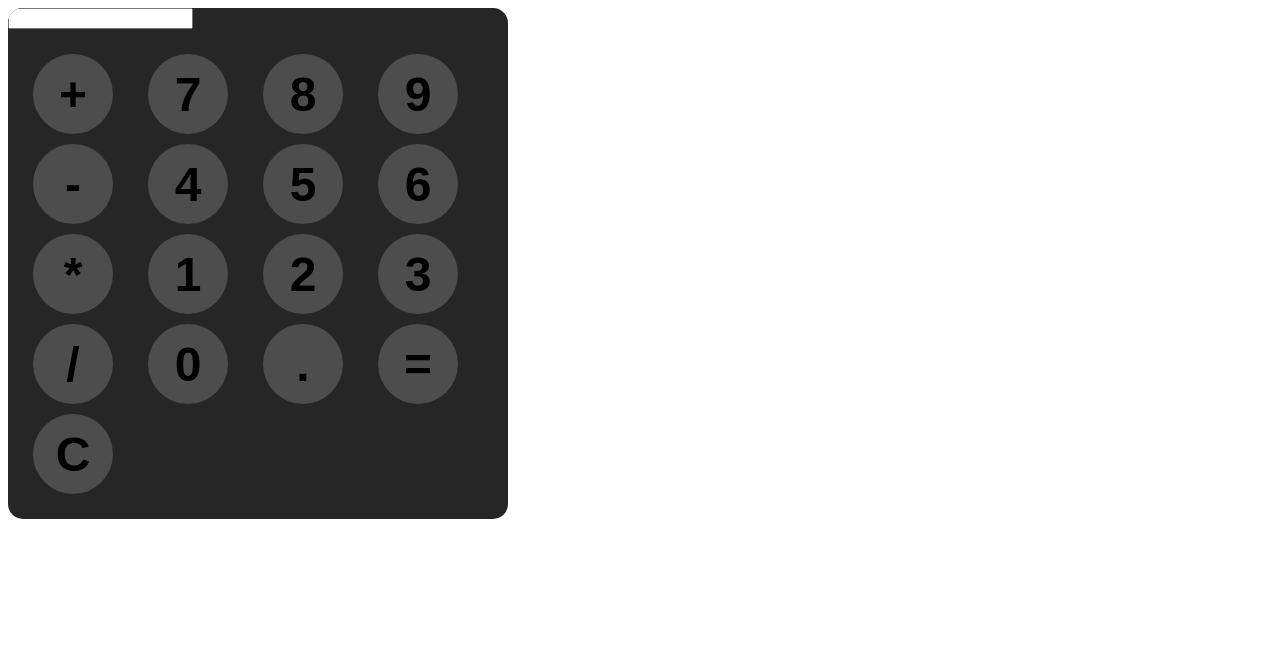
Repository: Haakim19/JavaScript
Page: Calculater/Main.html
The author's editor kept a copy of each file at every save. The page is drawn from the files as they stood at one save, then again after the next save.
The browser window is 1280 px wide. The pictures show the whole page.

Above is the page before, as saved 2024-10-22 21:45:12.

### Calculater/Main.html
<!DOCTYPE html>
<html lang="en">
<head>
    <meta charset="UTF-8">
    <meta name="viewport" content="width=device-width, initial-scale=1.0">
    <title>Calculator</title>
    <link rel="stylesheet" href="Main.css">
</head>
<body>
    <div class="calculator">
        <input id= "display" readonly>
        <div class="keys">
            <button onclick="appentToDisplay('+')">+</button>
            <button onclick="appentToDisplay('7')">7</button>
            <button onclick="appentToDisplay('8')">8</button>
            <button onclick="appentToDisplay('9')">9</button>
            <button onclick="appentToDisplay('-')">-</button>
            <button onclick="appentToDisplay('4')">4</button>
            <button onclick="appentToDisplay('5')">5</button>
            <button onclick="appentToDisplay('6')">6</button>
            <button onclick="appentToDisplay('*')">*</button>
            <button onclick="appentToDisplay('1')">1</button>
            <button onclick="appentToDisplay('2')">2</button>
            <button onclick="appentToDisplay('3')">3</button>
            <button onclick="appentToDisplay('/')">/</button>
            <button onclick="appentToDisplay('0')">0</button>
            <button onclick="appentToDisplay('.')">.</button>
            <button onclick="calculate()">=</button>
            <button onclick="clear">C</button>
        </div>
    </div>

</body>
</html>

### Calculater/Main.css
.calculator{
    font-family: monospace;
    background-color: hsl(0, 0%, 15%);
    border-radius: 15px;
    max-width: 500px;
    overflow: hidden;
}

.keys{
    display: grid;
    grid-template-columns: repeat(4, 1fr);
    gap: 10px;
    padding: 25px;
}
button{
    width: 80px;
    height: 80px;
    border-radius: 50px;
    border: none;
    font-size: 3rem;
    background-color: hsl(0, 0%, 30%);
    font-weight: bold;
    cursor: pointer;
}

After the next save:
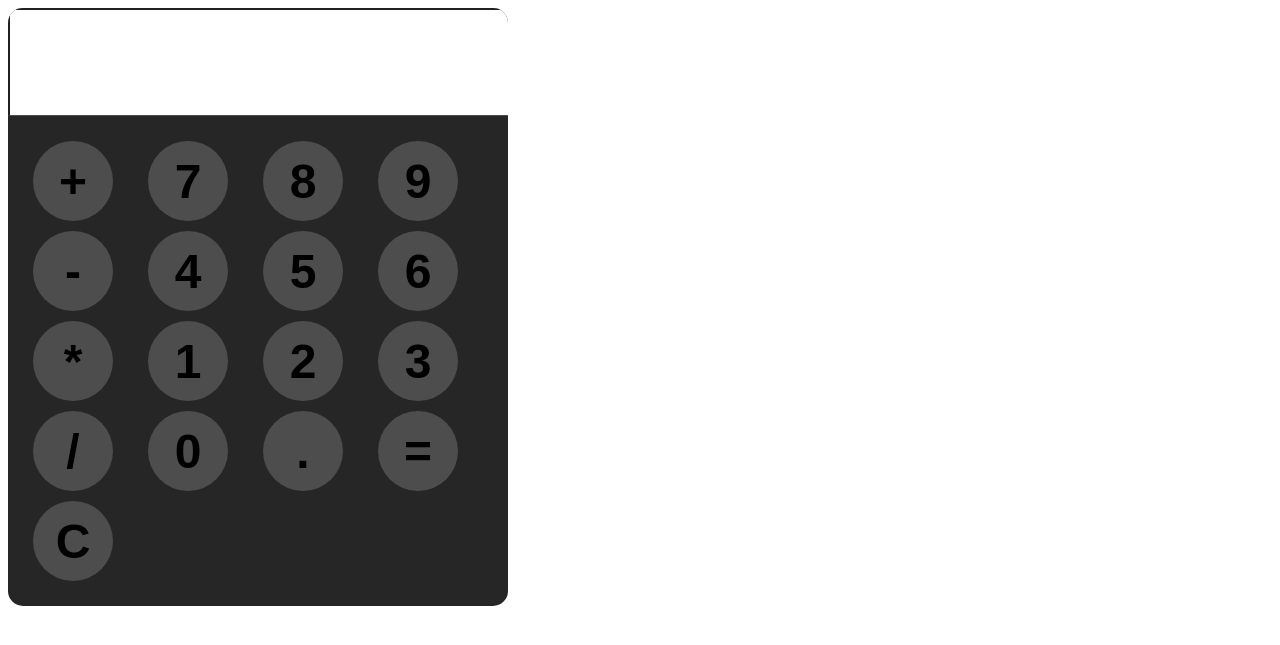
Saved 9 s later.
--- a/Calculater/Main.css
+++ b/Calculater/Main.css
@@ -5,7 +5,13 @@
     max-width: 500px;
     overflow: hidden;
 }
-
+#display{
+    padding: 25px;
+    font-size: 3rem;
+    color: white;
+    text-align: right;
+    border-bottom: 1px solid hsl(0, 0%, 30%);
+}
 .keys{
     display: grid;
     grid-template-columns: repeat(4, 1fr);
